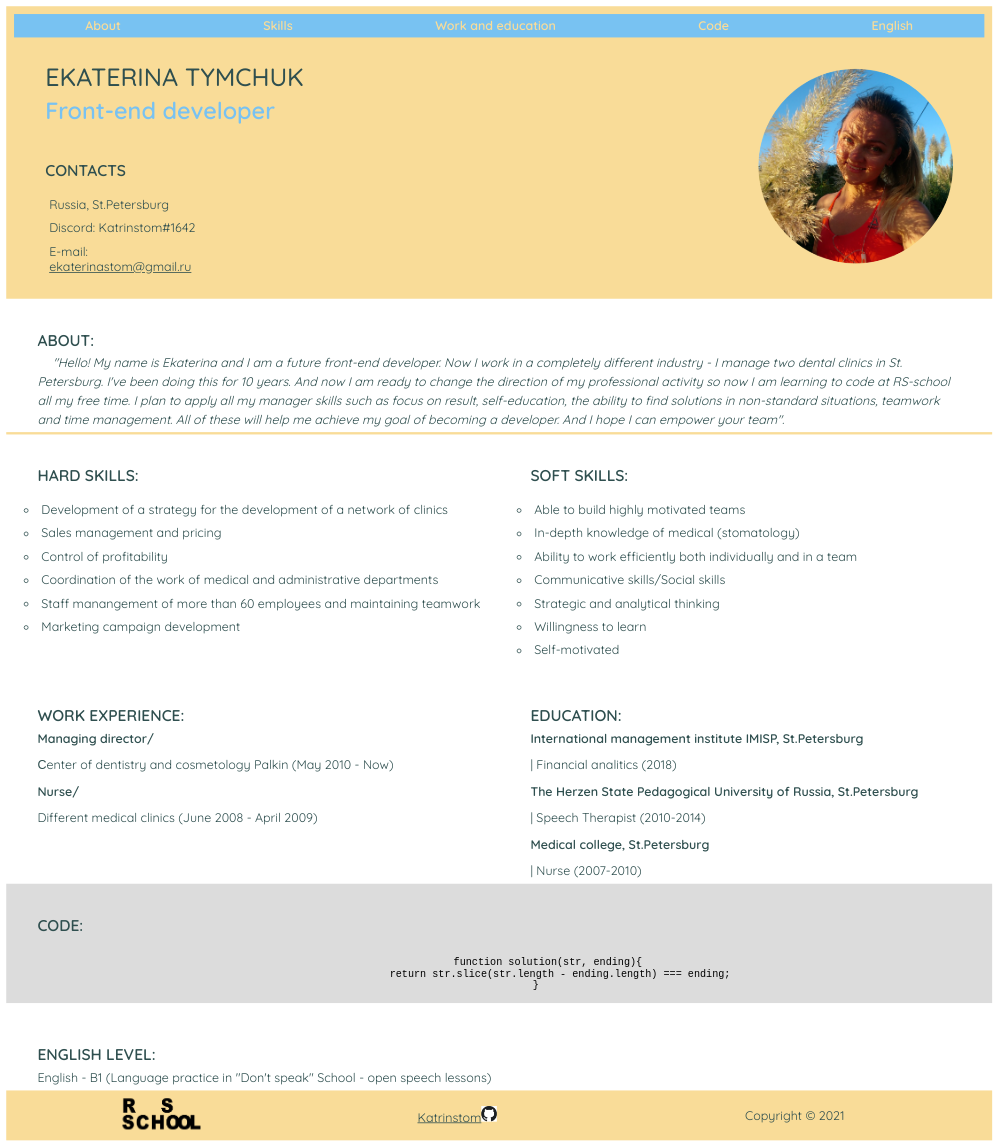
Repository: Katrinstom/rsschool-cv
Page: index.html
An editor plug-in stored every save of this project. The page is shown before and after the next save, followed by the edit.
The browser window is 1280 px wide. The pictures show the whole page, at 78% of full size.

Above is the page before, as saved 2022-01-02 23:00:15.

After the next save:
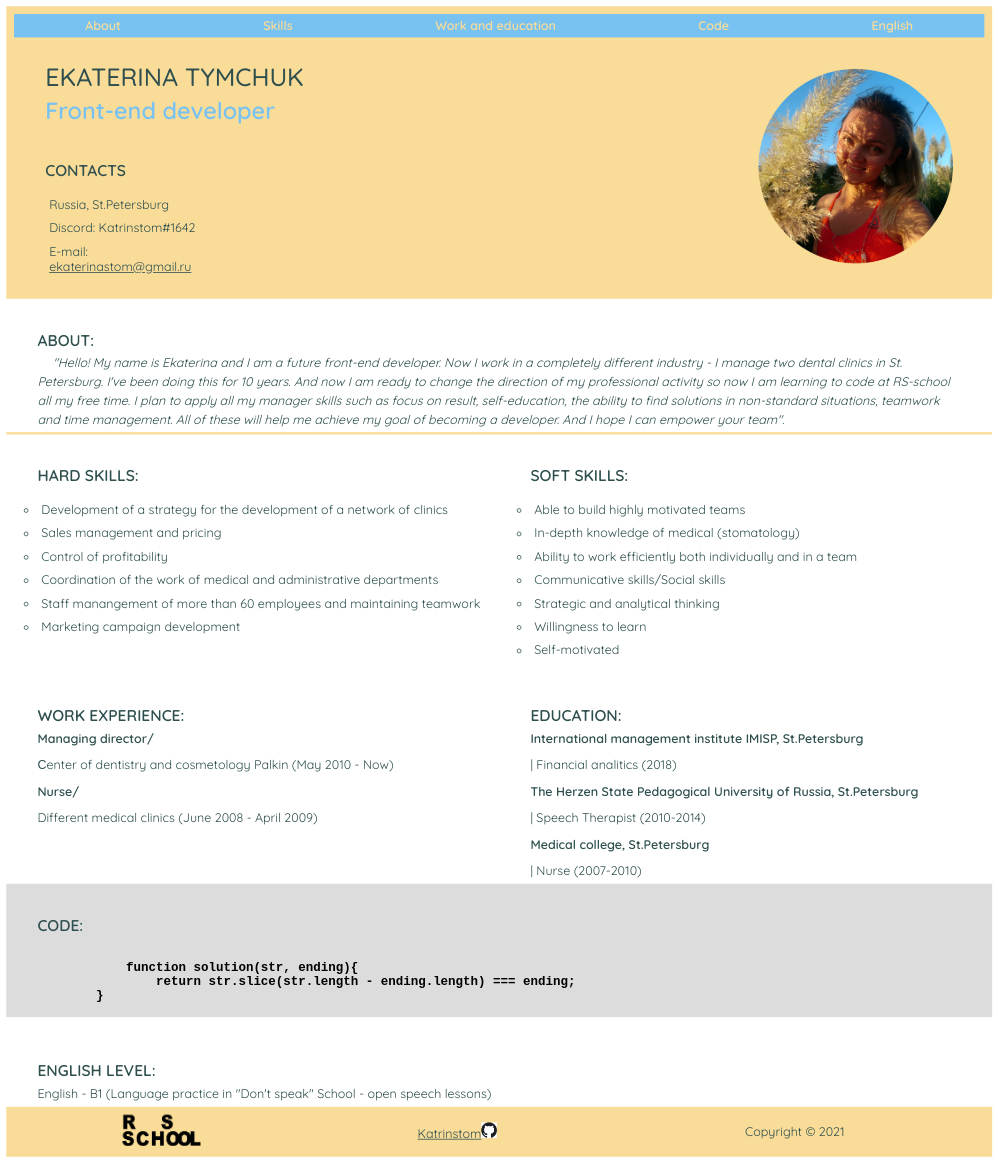
Saved 52 s later.
--- a/style.css
+++ b/style.css
@@ -151,10 +151,11 @@ p, b {
     line-height: 1.5;
 }
 .code {
-    text-align: center;
+    text-align: left;
     background-color: gainsboro;
     display: block;
-    font-size: medium;
+    font-size: 16px;
+    font-weight: 600;
 }
 .flexcont {
     display: flex;
